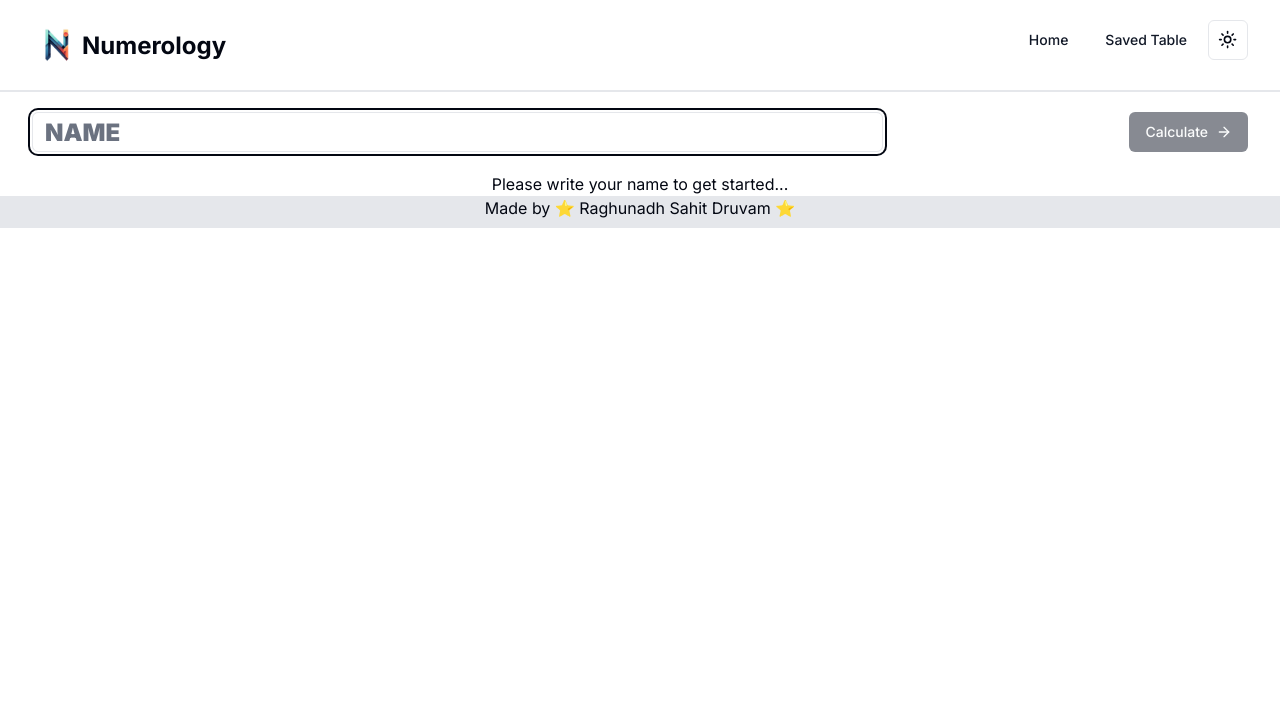
Repository: RaghunadhSahitDruvam/mynumerology
Page: /
An editor plug-in stored every save of this project. The page is shown before and after the next save, followed by the edit.
The browser window is 1280 px wide. The pictures show the whole page.
The project was rebuilt for these pictures with package versions that can differ from the ones it lists, and the page was loaded fresh each time. The framework's server and built-in components were replaced by stand-ins that run in the browser. Also part of the build but not shown: next.config.js, components/ui/alert-dialog.tsx.

Above is the page before, as saved 2023-12-21 17:01:57.

After the next save:
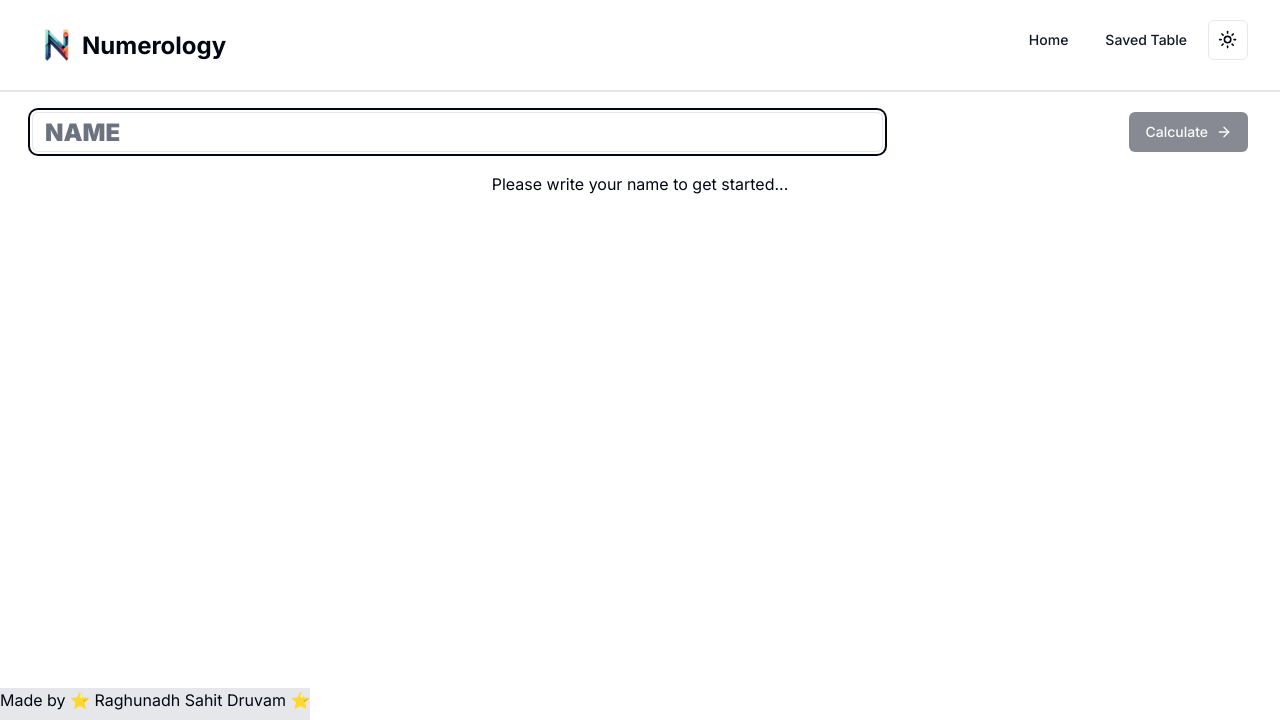
Saved 69 s later.
--- a/components/footer.tsx
+++ b/components/footer.tsx
@@ -3,7 +3,7 @@ import { Facebook, Instagram, Linkedin, Twitter } from "lucide-react";
 
 export default function Footer() {
   return (
-    <footer className="bg-gray-200 bottom-0 relative">
+    <footer className="bg-gray-200 bottom-0 fixed">
       <div className="pb-2">
         <p className="text-center">Made by ⭐ Raghunadh Sahit Druvam ⭐</p>
       </div>
